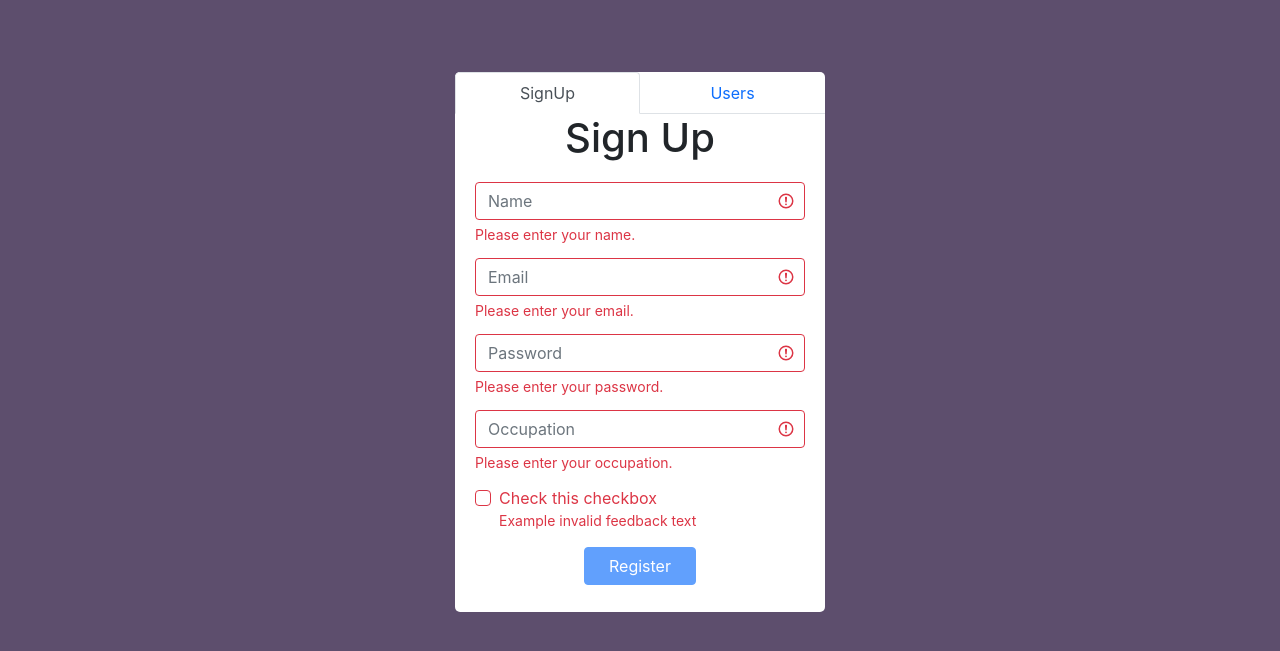
Repository: asadalibest1/SignUp-from
Page: /
These files come from the project's save history. The page is drawn as it stood at one moment and after the next save; the edit follows.
The browser window is 1280 px wide. The pictures show the whole page.
The project was rebuilt for these pictures with package versions that can differ from the ones it lists, and the page was loaded fresh each time.

Above is the page before, as saved 2021-02-07 23:11:36.

### public/index.html
<!DOCTYPE html>
<html lang="en">
  <head>
    <meta charset="utf-8" />
    <link rel="icon" href="%PUBLIC_URL%/favicon.png" />
    <meta name="viewport" content="width=device-width, initial-scale=1" />
    <meta name="theme-color" content="#000000" />
    <meta
      name="description"
      content="Web site created using create-react-app"
    />
    <link rel="apple-touch-icon" href="%PUBLIC_URL%/logo192.png" />
    <!--
      manifest.json provides metadata used when your web app is installed on a
      user's mobile device or desktop. See https://developers.google.com/web/fundamentals/web-app-manifest/
    -->
    <link rel="manifest" href="%PUBLIC_URL%/manifest.json" />
    <!--
      Notice the use of %PUBLIC_URL% in the tags above.
      It will be replaced with the URL of the `public` folder during the build.
      Only files inside the `public` folder can be referenced from the HTML.

      Unlike "/favicon.ico" or "favicon.ico", "%PUBLIC_URL%/favicon.ico" will
      work correctly both with client-side routing and a non-root public URL.
      Learn how to configure a non-root public URL by running `npm run build`.
    -->
    <!-- Bootstrap -->
    <link href="https://cdn.jsdelivr.net/npm/bootstrap@5.0.0-beta1/dist/css/bootstrap.min.css" rel="stylesheet" integrity="sha384-giJF6kkoqNQ00vy+HMDP7azOuL0xtbfIcaT9wjKHr8RbDVddVHyTfAAsrekwKmP1" crossorigin="anonymous">
    <title>Sign Up</title>
  </head>
  <body>
    <noscript>You need to enable JavaScript to run this app.</noscript>
    <div id="root"></div>
    <!--
      This HTML file is a template.
      If you open it directly in the browser, you will see an empty page.

      You can add webfonts, meta tags, or analytics to this file.
      The build step will place the bundled scripts into the <body> tag.

      To begin the development, run `npm start` or `yarn start`.
      To create a production bundle, use `npm run build` or `yarn build`.
    -->
    <script src="https://cdn.jsdelivr.net/npm/bootstrap@5.0.0-beta1/dist/js/bootstrap.bundle.min.js" integrity="sha384-ygbV9kiqUc6oa4msXn9868pTtWMgiQaeYH7/t7LECLbyPA2x65Kgf80OJFdroafW" crossorigin="anonymous"></script>
  </body>
</html>

### src/index.css
body {
  margin: 0;
  font-family: -apple-system, BlinkMacSystemFont, 'Segoe UI', 'Roboto', 'Oxygen',
    'Ubuntu', 'Cantarell', 'Fira Sans', 'Droid Sans', 'Helvetica Neue',
    sans-serif;
  -webkit-font-smoothing: antialiased;
  -moz-osx-font-smoothing: grayscale;
  background-color: #5D4E6D;
}

code {
  font-family: source-code-pro, Menlo, Monaco, Consolas, 'Courier New',
    monospace;
}

### src/App.js
import React from 'react'
import App1 from "./components/App1/App1"

export default function App() {
  return (
    <div>
      <App1 />
    </div>
  )
}

### src/components/App1/App1.js
import React from 'react'
import Tabs from '../Tabs/Tabs'

export default function App1() {
    return (
        <div>
            <Tabs />
        </div>
    )
}

### src/features/counter/counterSlice.js
import { createSlice } from '@reduxjs/toolkit';

export const counterSlice = createSlice({
  name: 'counter',
  initialState: {
    value: 0,
  },
  reducers: {
    increment: state => {
      // Redux Toolkit allows us to write "mutating" logic in reducers. It
      // doesn't actually mutate the state because it uses the Immer library,
      // which detects changes to a "draft state" and produces a brand new
      // immutable state based off those changes
      state.value += 1;
    },
    decrement: state => {
      state.value -= 1;
    },
    incrementByAmount: (state, action) => {
      state.value += action.payload;
    },
  },
});

export const { increment, decrement, incrementByAmount } = counterSlice.actions;

// The function below is called a thunk and allows us to perform async logic. It
// can be dispatched like a regular action: `dispatch(incrementAsync(10))`. This
// will call the thunk with the `dispatch` function as the first argument. Async
// code can then be executed and other actions can be dispatched
export const incrementAsync = amount => dispatch => {
  setTimeout(() => {
    dispatch(incrementByAmount(amount));
  }, 1000);
};

// The function below is called a selector and allows us to select a value from
// the state. Selectors can also be defined inline where they're used instead of
// in the slice file. For example: `useSelector((state) => state.counter.value)`
export const selectCount = state => state.counter.value;

export default counterSlice.reducer;

### src/components/Tabs/Tabs.js
import React from 'react'
import SignUp from "../SignUp/SignUp"
import Users from "../Users/Users"
import "./Tabs.css"

export default function Tabs() {
    return (
        <div className="tabs-main">
            <div className="tabs">

                <ul className="nav nav-tabs" id="myTab" role="tablist">
                    <li className="nav-item text-center w-50" role="presentation">
                        <a className="nav-link active" id="signUp-tab" data-bs-toggle="tab" href="#signUp" role="tab" aria-controls="signUp" aria-selected="true">SignUp</a>
                    </li>
                    <li className="nav-item text-center w-50" role="presentation">
                        <a className="nav-link" id="users-tab" data-bs-toggle="tab" href="#users" role="tab" aria-controls="users" aria-selected="false">Users</a>
                    </li>
                </ul>
                <div className="tab-content" id="myTabContent">
                    <div className="tab-pane fade show active" id="signUp" role="tabpanel" aria-labelledby="signUp-tab">
                        <SignUp />
                    </div>
                    <div className="tab-pane fade" id="users" role="tabpanel" aria-labelledby="users-tab">

                        <Users />
                    </div>
                </div>


            </div>
        </div>
    )
}

### src/components/SignUp/SignUp.js
import React from 'react'
import "./SignUp.css"

export default function SignUp() {
    return (
        <div className="SignUp">
          <h1 className="text-center">Sign Up</h1>

<form className="was-validated">

  <div className="mb-3">
    <input type="name" className="form-control" id="validationTextarea" placeholder="Name" required />
    <div className="invalid-feedback">
      Please enter your name.
    </div>
  </div>

  <div className="mb-3">
    <input type="email" className="form-control" id="validationTextarea" placeholder="Email" required />
    <div className="invalid-feedback">
      Please enter your email.
    </div>
  </div>

  <div className="mb-3">
    <input type="password" className="form-control" id="validationTextarea" placeholder="Password" required />
    <div className="invalid-feedback">
      Please enter your password.
    </div>
  </div>

  <div className="mb-3">
    <input type="occupation" className="form-control" id="validationTextarea" placeholder="Occupation" required />
    <div className="invalid-feedback">
      Please enter your occupation.
    </div>
  </div>


  <div className="radioButton form-check mb-3">
    <input type="checkbox" className="form-check-input" id="validationFormCheck1" required />
    <label className="form-check-label" for="validationFormCheck1">Check this checkbox</label>
    <div className="invalid-feedback">Example invalid feedback text</div>
  </div>


  <div className="mb-3 text-center">
    <button className="btn btn-primary px-4" type="submit" disabled >Register</button>
  </div>
</form>
        </div>
    )
}

### src/components/Users/Users.js
import React from 'react'
import "./Users.css"

export default function Users() {
    return (
        <div className="users">

<div  className="tabpanel" role="tabpanel">
    <div className="panel-coloumn mt-3">
  <div className="list-group" id="myList" role="tablist">

    <a className="list-group-item list-group-item-action active" data-bs-toggle="list" href="#home" role="tab">Home</a>

  </div>
  </div>

  <div className="tab-content">

    <div className="tab-pane active" id="home" role="tabpanel">

    <ul className="list-group list-group-flush">
              <li className="list-group-item">Name: </li>
              <li className="list-group-item">Email: </li>
              <li className="list-group-item">Password: </li>
              <li className="list-group-item">Occupation: </li>
            </ul>


    </div>

  </div>
</div>
        </div>
    )
}

### src/components/Tabs/Tabs.css
.tabs{
    width: 370px;
    height: 75vh;
    background-color: white;
    margin: auto auto;
    margin-top: 10vh;
    border-radius: 5px;
    overflow: hidden;
}

### src/components/SignUp/SignUp.css
.SignUp form{
    margin: 20px;
}

.SignUp form > div{
    /* border: 1px solid black; */
    height: 60px;
}

.SignUp form .radioButton{
    /* border: 1px solid black; */
    height: 45px;
}
.radioButton div{
    /* border: 1px solid black; */
    margin: 0;
}

@media (max-width: 800px) {
    .SignUp form{
        margin-top: 8vh;
    }
    .SignUp form > div{
        height: 70px;
    }
    .SignUp form button{
        margin-top: 20px;
    }

}

### src/components/Users/Users.css
.users .tabpanel{
    display: flex;
    flex-direction: row;
    overflow: auto;
}
.users .tabpanel a{
    border-radius: 0;
}

.users .tab-content{
    height: fit-content;
    margin-top: 20px;
    margin-left: 20px;
}

.panel-coloumn{
    border-right: 1px solid rgb(240, 223, 223);
    height: 500px;
    width: 120px;
}

Loaded but not shown: src/index.js (common file); src/app/store.js (common file); src/serviceWorker.js (common file)

After the next save:
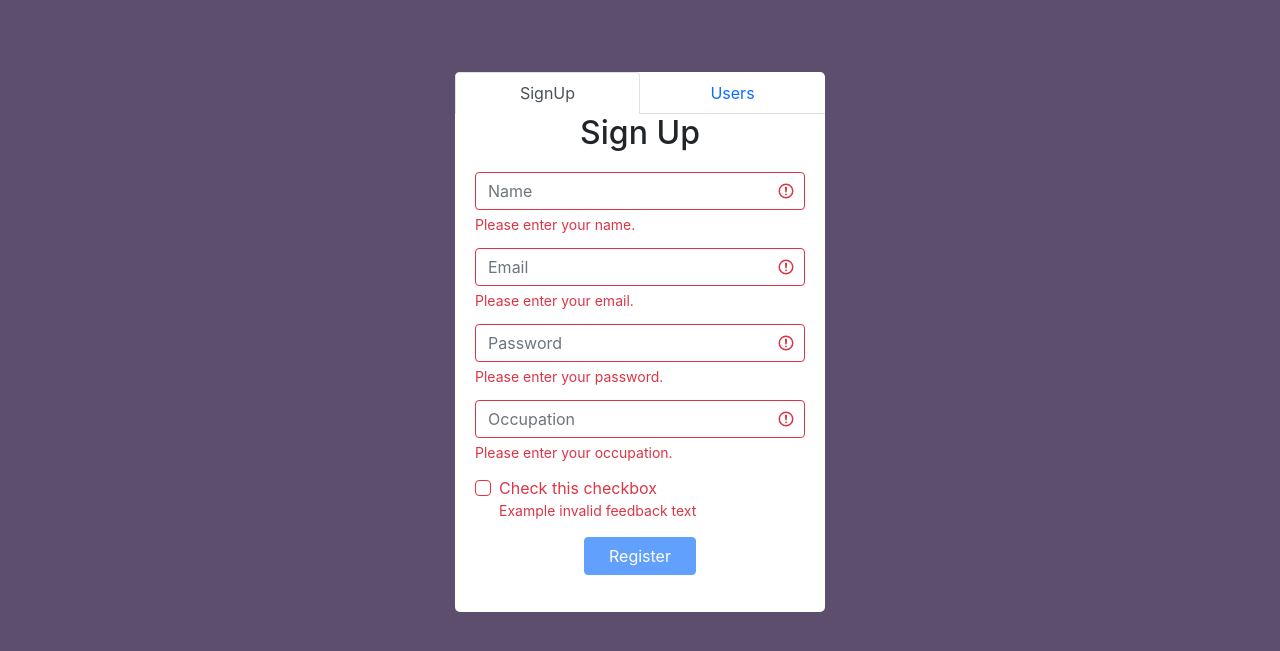
Saved 16 s later.
--- a/src/components/SignUp/SignUp.js
+++ b/src/components/SignUp/SignUp.js
@@ -4,7 +4,7 @@ import "./SignUp.css"
 export default function SignUp() {
     return (
         <div className="SignUp">
-          <h1 className="text-center">Sign Up</h1>
+          <h2 className="text-center">Sign Up</h2>
 
 <form className="was-validated">
 
